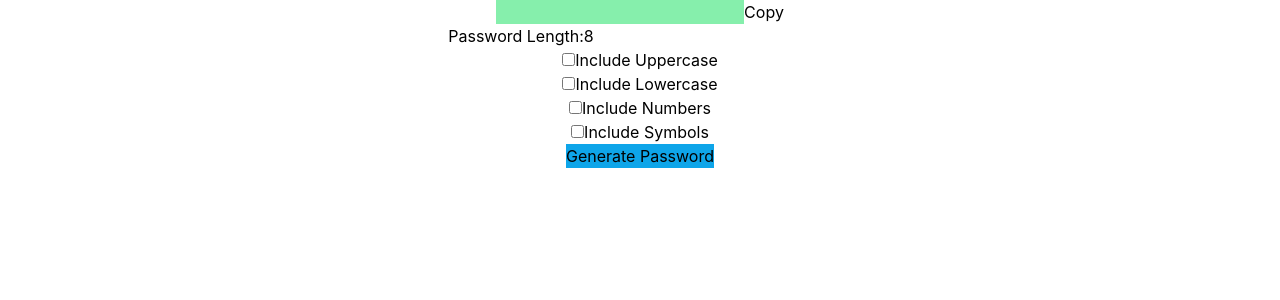
Repository: sriram1224/Password-generator
Page: / (app in password-generator/)
These files come from the project's save history. The page is drawn as it stood at one moment and after the next save; the edit follows.
The browser window is 1280 px wide. The pictures show the whole page.
Some web libraries are served in a nearby version. The project was rebuilt for these pictures with package versions that can differ from the ones it lists, and the page was loaded fresh each time.

Above is the page before, as saved 2024-03-10 21:22:11.

After the next save:
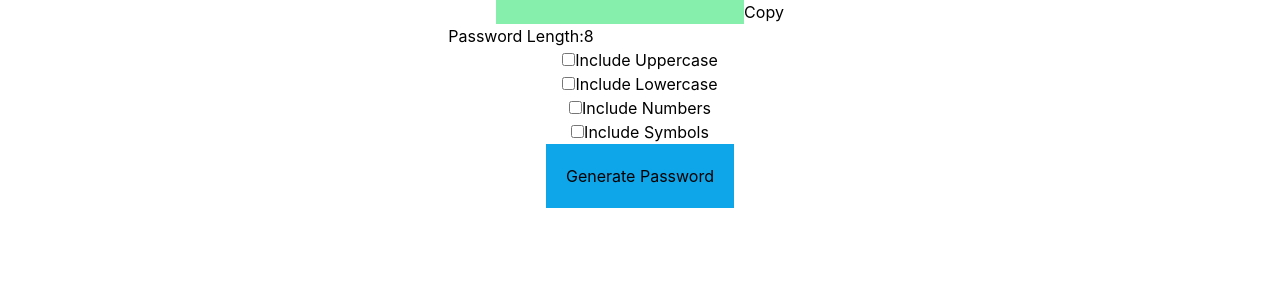
Saved 64 s later.
--- a/password-generator/src/Components/content.js
+++ b/password-generator/src/Components/content.js
@@ -71,7 +71,7 @@ const PasswordGenerator = () => {
         </label>
       </div>
 
-          <button onClick={generatePassword} class="bg-sky-500/100">Generate Password</button>
+          <button onClick={generatePassword} class="bg-sky-500/100 p-5">Generate Password</button>
     </div>
   );
 };
